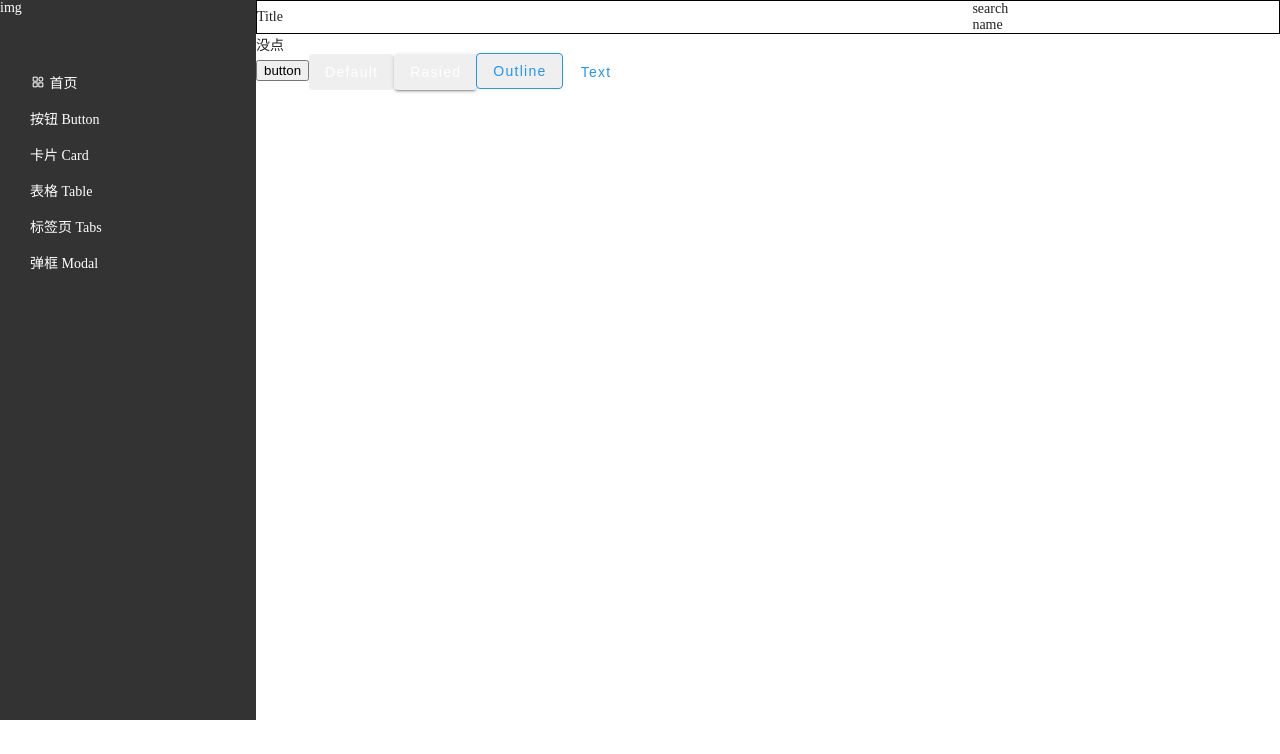
Repository: wyhsunflower/koalaUI
Page: /
The author's editor kept a copy of each file at every save. The page is drawn from the files as they stood at one save, then again after the next save.
The browser window is 1280 px wide. The pictures show the whole page.
The project was rebuilt for these pictures with package versions that can differ from the ones it lists, and the page was loaded fresh each time. Also part of the build but not shown: webpack.config.js, src/components/Modal/Modal.vue. Imported but missing from the stored project, and not drawn on this page: src/views/go/go2.vue.

Above is the page before, as saved 2020-03-13 21:55:58.

### index.html
<!DOCTYPE html>
<html lang="en">
<head>
    <meta charset="UTF-8">
    <title>koala's UI</title>
</head>
<body>
<div id="app"></div>
</body>
</html>

### src/index.js
import Vue from 'vue';
import App from './app';
import './components/components.js'
import './styles/global.scss';
import './styles/iconfont/icon.scss'
import router from './router/route';


new Vue({
    router,
    render(h) {
        return h(App);
    }
}).$mount('#app');

### src/app.vue
<template>
    <div id="app" class="container">
        <SideBar></SideBar>
        <div class="right">
            <Header></Header>
            <div class="main">
                <transition>
                 <router-view></router-view>
                </transition>
            </div>
        </div>
    </div>
</template>
<script>
    import SideBar from './SideBar';
    import Header from './Header';
    export default {
        name: "app",
        components:{
            SideBar,
            Header
        },
    }
</script>

<style lang="scss" scoped>
    @import "styles/global";
    .container{
        width: 100%;
        display: flex;
        flex-flow: row nowrap;
        height: 100%;
    }
    .right{
        width: 80%;
        height: 100%;
    }
        .main{
            width: 100%;
            height: 100%;
        }
</style>

### src/components/components.js
import Vue from 'vue'
import Button from './Button/Button';
import Modal from './Modal/Modal';

Vue.component('Button',Button);
Vue.component('Modal',Modal);

### src/styles/global.scss
$font-color: rgba(0,0,0, 0.87);
$color-btn-default:#ccc;
$color-btn-primary:#2196f3;
$color-btn-custom:#6200ee;
* {
    box-sizing: border-box;
}
html, body {
    margin: 0;
    padding: 0;
    font-size: 14px;
}
html{
    width: 100%;
    height: 100%;
    outline: none;
    font-size: 14px;
}
body {
    color: $font-color;
    font-size: 14px;
    height: 100%;
    width: 100%;
}
.koala-button{

    -moz-osx-font-smoothing: grayscale;
    -webkit-font-smoothing: antialiased;
    font-size: 1rem;
    line-height: 2.25rem;
    font-weight: 500;
    letter-spacing: .0892857143em;
    text-decoration: none;
    display: inline-flex;
    position: relative;
    align-items: center;
    justify-content: center;
    box-sizing: border-box;
    min-width: 64px;
    border: none;
    outline: none;
    line-height: 1;
    -webkit-user-select: none;
    -moz-user-select: none;
    -ms-user-select: none;
    user-select: none;
    -webkit-appearance: none;
    overflow: visible;
    vertical-align: middle;
    border-radius: 4px;
    cursor: pointer;

    padding: 0 1.145rem;
    min-width: 4.5rem;
    color: #fff;
    height: 2.572rem;
}

### src/styles/iconfont/icon.scss
@font-face {font-family: "iconfont";
  src: url('./iconfont.eot?t=1575969178796'); /* IE9 */
  src: url('./iconfont.eot?t=1575969178796#iefix') format('embedded-opentype'), /* IE6-IE8 */
       url('./iconfont.woff?t=1575969178796') format('woff'),
       url('./iconfont.ttf?t=1575969178796') format('truetype'), /* chrome, firefox, opera, Safari, Android, iOS 4.2+ */
       url('./iconfont.svg?t=1575969178796#iconfont') format('svg'); /* iOS 4.1- */
}
.iconfont {
  font-family: "iconfont" !important;
  font-size: 16px;
  font-style: normal;
  -webkit-font-smoothing: antialiased;
  -moz-osx-font-smoothing: grayscale;
}
.icon-all:before {
  content: "\e6ef";
}

### src/router/route.js
import Router from 'vue-router';
import Vue from 'vue';
//import Home from '../app';
//import Button from '../components/Button/Button';
import Home from '../views/home';


const routerListDir=[];

function importAllRouter(r) {
    r.keys().forEach(
        (key)=>routerListDir.push(r(key).default)
    )
}

importAllRouter(require.context('../router',true,/\.router\.js/));
Vue.use(Router);
console.log(routerListDir);

export default new Router({
    routes: [
        ...routerListDir,
        { path: '/',component:Home},
        //{ path: '/button',component:Button},
    ]
});

### src/SideBar.vue
<template>
    <div class="side">
        <div class="top">
            <div>img</div>
            <!--<img src="./static/img/logo.jpg">-->
        </div>
        <ul class="side-list">
            <li v-for="x of lists">
                <i class="iconfont" :class="x.icon"></i>
                {{x.name}}
            </li>
        </ul>
    </div>
</template>

<script>
    export default {
        name: "SideBar",
        data(){
            return{
                lists:[
                    {
                        name:'首页',
                        icon:'icon-all',
                    },
                    {
                        name:'按钮 Button',
                        icon:'button',
                    },
                    {
                        name:'卡片 Card',
                        icon:'card',
                    },
                    {
                        name:'表格 Table',
                        icon:'table',
                    },
                    {
                        name:'标签页 Tabs',
                        icon:'tabs',
                    },
                    {
                        name:'弹框 Modal',
                        icon:'modal',
                    },
                ],
            }
        },
    }
</script>

<style lang="scss" scoped>
    .side {
        max-width: 300px;
        width: 20%;
        background: rgba(0,0,0,.8);
        height: 100%;
        color: #fff;
    }
    .top {
        height: 50px;
    }
    ul{
        list-style: none;
        padding: 0;
    }
    li{
        padding: 8px 30px;
        &:hover{background: rgba(0,0,0,.2);}
    }
</style>

### src/Header.vue
<template>
    <div class="header">
        <div class="title">Title</div>
        <div class="right">
            <div class="search">search</div>
            <div class="config">name</div>
        </div>
    </div>
</template>

<script>
    export default {
        name: "Header"
    }
</script>

<style lang="scss" scoped>
    .header{
        width: 100%;
        display: flex;
        justify-content: space-between;
        align-items: center;
        border: 1px solid #000;
    }
    .title{
        width: 60%;
    }
    .right{
        width: 30%;
    }
</style>

### src/components/Button/Button.vue
<template>
    <component
            class="koala-button"
            :class="buttonType"
            is="button"
            @click="onClick"
    >
        <slot></slot>
    </component>
</template>

<script>
    //type color icon
    export default {
        name: "Button",
        // ['type','color','diabled','size'],
        props: {
            type:{
                type: String,
                default:'default', // 'default', 'rasied , 'text', 'outline'
            },
            color:{
                type: String,
                default: 'default', // 'default', 'primary', 'custom'
            },
            size:{
                type: String,
                default: 'normal' // 'small', 'normal', 'large','custom'
            },
            disabled: {
                type: Boolean,
                default: false
            }
        },
        data(){
            return{
            }
        },
        components:{

        },
        computed:{
            buttonType(){
                return [
                    `koala-button-${this.type}`,
                    `koala-button-${this.color}`,
                    ]
            },
        },
        methods:{
            onClick(e){
                this.$emit('click', e);
            }
        },
        mounted(){
        },
    }
</script>

<style lang="scss" scoped >
    @import "../../styles/global.scss";
// .koala-button{
//     background-color:#ccc;
//     min-width: 4.5rem;
//     border-radius: .25rem;
//     color: #fff;
//     font-size: .875rem;
//     font-weight: 300;
//     box-sizing: border-box;
//     position: relative;
//     -webkit-user-select: none;
//     -moz-user-select: none;
//     -ms-user-select: none;
//     user-select: none;
//     cursor: pointer;
//     outline: none;
//     border: none;
//     -webkit-tap-highlight-color: transparent;
//     display: inline-block;
//     white-space: nowrap;
//     text-decoration: none;
//     vertical-align: baseline;
//     text-align: center;
//     margin: 0;
//     min-width: 64px;
//     line-height: 36px;
//     padding: 0 16px;
//     border-radius: 4px;
//     overflow: visible;
//     transform: translate3d(0, 0, 0);
//     transition: background 400ms cubic-bezier(0.25, 0.8, 0.25, 1),box-shadow 280ms cubic-bezier(0.4, 0, 0.2, 1);
// }
    .koala-button-default{
        box-shadow: 0 0 0 0 rgba(0,0,0,.2), 0 0 0 0 rgba(0,0,0,.14), 0 0 0 0 rgba(0,0,0,.12);
    }
    .koala-button-rasied{
        box-shadow: 0px 3px 1px -2px rgba(0, 0, 0, 0.2), 0px 2px 2px 0px rgba(0, 0, 0, 0.14), 0px 1px 5px 0px rgba(0,0,0,.12);
        transition: box-shadow 280ms cubic-bezier(0.4, 0, 0.2, 1);
    }
    .koala-button-text{
        background-color: transparent;
        color: $color-btn-primary;
    }
    .koala-button-outline{
        top: -1px;
        left: -1px;
        border: 1px solid transparent;
        color:$color-btn-primary;
        border-color: $color-btn-primary;
    }
    .koala-button-color-default{
        background-color:$color-btn-default;
    }
    .koala-button-color-primary{
        background-color:$color-btn-primary;
    }
    .koala-button-color-custom{
        background-color:$color-btn-custom;
    }
</style>

### src/views/home.vue
<template>
    <div class="main-container">
        <div>{{message}}</div>
        <button @click="showModal">button</button>
        <Modal v-if="modal" :self="this" :confirmCallback="confirmWay" :cancelCallback="cancelWay">
            <div>Modal组件</div>
            <div>Modal组件</div>
            <div>Modal组件</div>
            <div>Modal组件</div>
            <div>Modal组件</div>
            <div>Modal组件</div>
        </Modal>
        <Button @click="clicked('default')" type="default" color="default">Default</Button>
        <Button @click="clicked('rasied')" type="rasied" color="primary">Rasied</Button>
        <Button @click="clicked('outline')" type="outline" color="custom">Outline</Button>
        <Button @click="clicked('text')" type="text">Text</Button>
    </div>
</template>

<script>
    // import Modal from '../components/Modal/Modal.vue'
    // import Button from '../components/Button/Button.vue'
    export default {
        name: "home",
        data(){
            return{
                modal:false,
                message:'没点'
            }
        },
        // components:{
        //     Button
        // },
        methods:{
            showModal(){
                this.modal = true
            },
            confirmWay(){
                this.message = '确定'
            },
            cancelWay(){
                this.message = '取消了'
            },
            clicked(name){
                alert(name)
            },
        },
    }
</script>

<style scoped>

</style>

### src/router/button.router.js
import Button from '../components/Button/Button';
export default {
    path: '/button',
    name: 'button',
    component:Button,
    children:[]
}

### src/router/modal.router.js
import Modal from '../components/Modal/Modal';
export default {
    path: '/modal',
    name: 'modal',
    component:Modal,
}

### src/router/sample.router.js
import Sample from '../views/go/go2.vue';
export default {
    path: '/sample',
    name: 'sample',
    component:Sample,
}

After the next save:
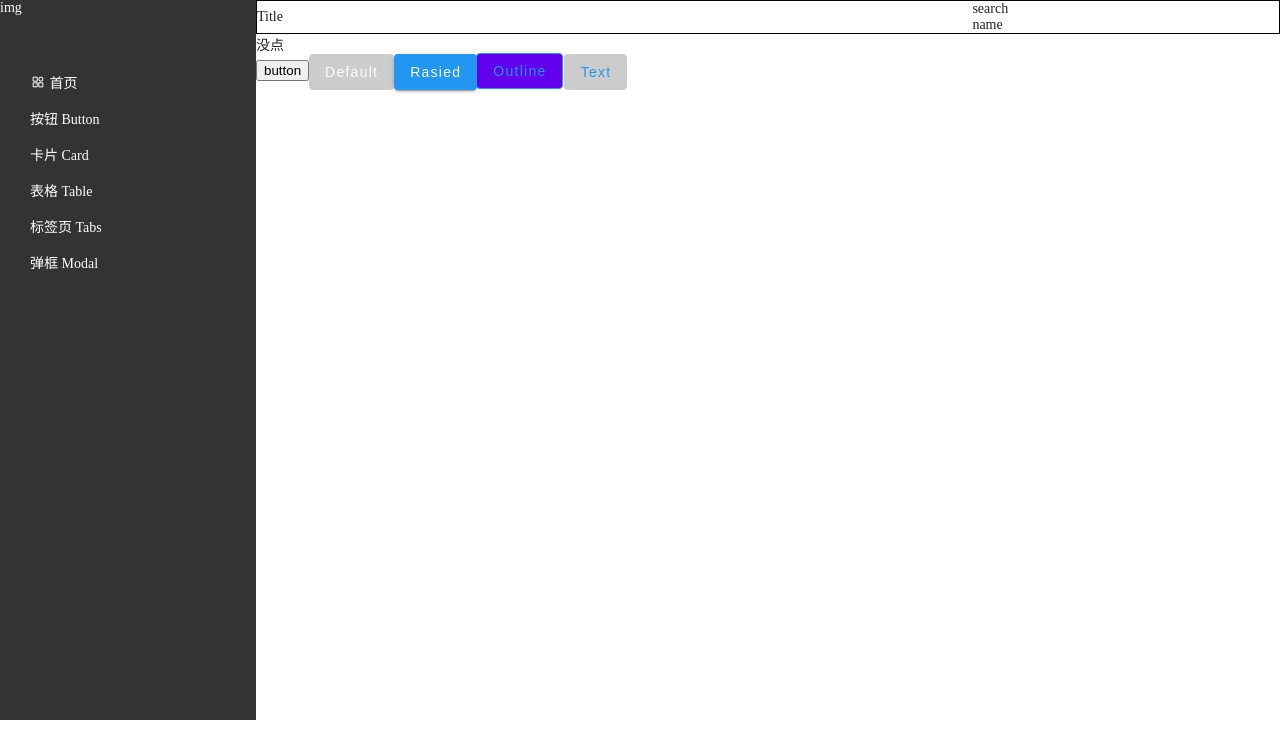
Saved 36 s later.
--- a/src/components/Button/Button.vue
+++ b/src/components/Button/Button.vue
@@ -43,7 +43,7 @@
             buttonType(){
                 return [
                     `koala-button-${this.type}`,
-                    `koala-button-${this.color}`,
+                    `koala-button-color-${this.color}`,
                     ]
             },
         },
